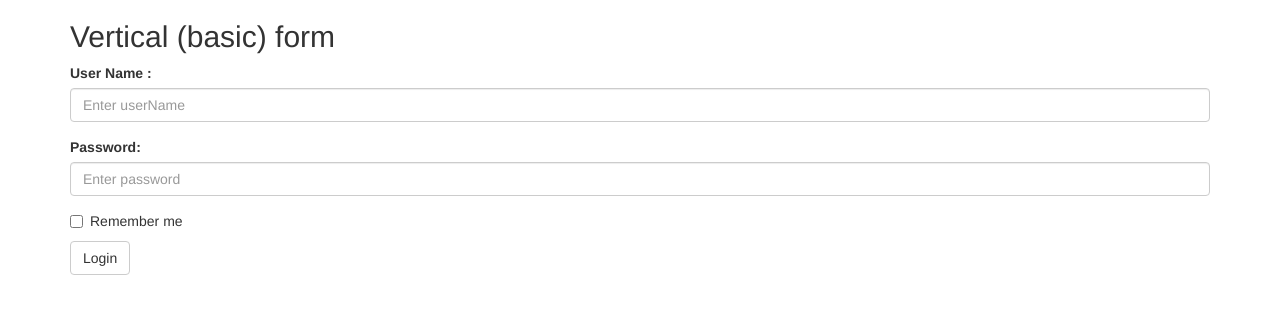
Repository: harshthakur2/Innogent_task2
Page: http://localhost/CRUD_Op/login.jsp
The author's editor kept a copy of each file at every save. The page is drawn from the files as they stood at one save, then again after the next save.
The browser window is 1280 px wide. The pictures show the whole page.
The page is served by Tomcat 9. Other server files are loaded and not shown.

Above is the page before, as saved 2023-09-12 09:51:24.

### CRUD_Op/src/main/webapp/login.jsp
<%@ page language="java" contentType="text/html; charset=ISO-8859-1"
    pageEncoding="ISO-8859-1"%>
<!DOCTYPE html>
<html>
<head>
  <link rel="stylesheet" href="https://maxcdn.bootstrapcdn.com/bootstrap/3.4.1/css/bootstrap.min.css">
  <script src="https://ajax.googleapis.com/ajax/libs/jquery/3.6.4/jquery.min.js"></script>
  <script src="https://maxcdn.bootstrapcdn.com/bootstrap/3.4.1/js/bootstrap.min.js"></script>
<meta charset="ISO-8859-1">
<title>Employee Page</title>

</head>
<body>

<%! String msg; %>
<% msg=(String)request.getAttribute("msg");
if(msg!=null)
{

%>
<div><%=msg %></div>
<% } %>

<div class="container">
  <h2>Vertical (basic) form</h2>
  <form action="LoginCtl" method="post">
    <div class="form-group">
      <label for="userName">User Name :</label>
      <input type="text" class="form-control" id="userName" placeholder="Enter userName" name="userName">
    </div>
    <div class="form-group">
      <label for="pwd">Password:</label>
      <input type="password" class="form-control" id="pwd" placeholder="Enter password" name="password">
    </div>
    <div class="checkbox">
      <label><input type="checkbox" name="remember"> Remember me</label>
    </div>
    <button type="submit" class="btn btn-default" name="operation" value="login">Login</button>
  </form>
</div>
</body>
</html>

After the next save:
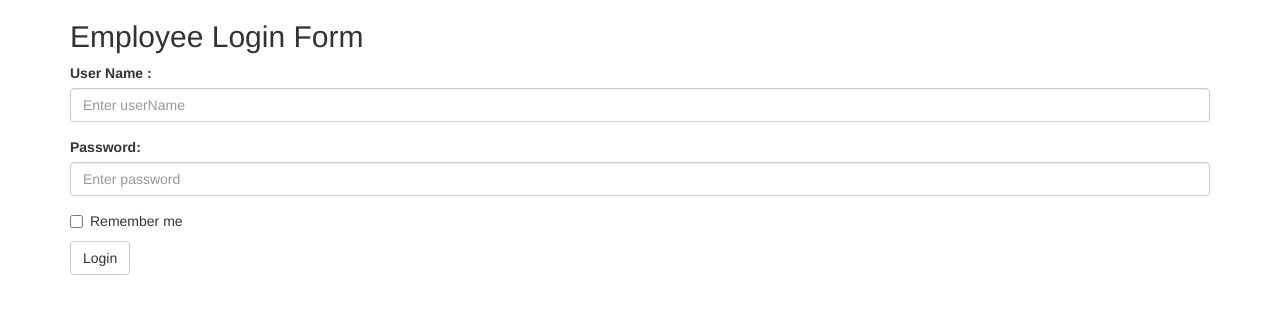
Saved 51 s later.
--- a/CRUD_Op/src/main/webapp/login.jsp
+++ b/CRUD_Op/src/main/webapp/login.jsp
@@ -22,7 +22,7 @@ if(msg!=null)
 <% } %>
 
 <div class="container">
-  <h2>Vertical (basic) form</h2>
+  <h2>Employee Login Form</h2>
   <form action="LoginCtl" method="post">
     <div class="form-group">
       <label for="userName">User Name :</label>
